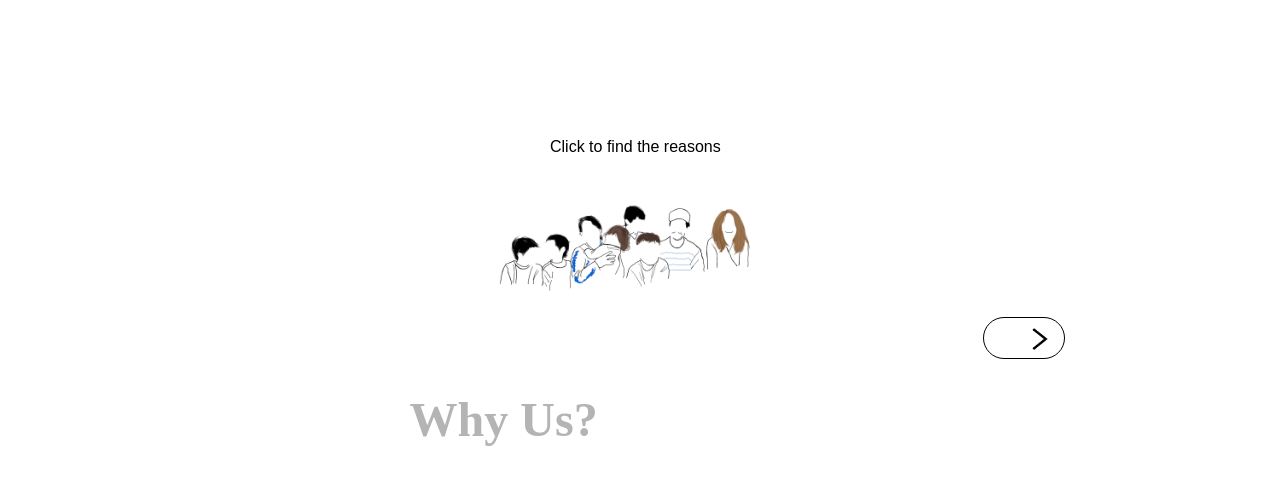
Repository: Lettie123/webpr4
Page: dis.html
An editor plug-in stored every save of this project. The page is shown before and after the next save, followed by the edit.
The browser window is 1280 px wide. The pictures show the whole page.

Above is the page before, as saved 2020-12-03 12:29:55.

### dis.html
<html>
    <head>
        <meta charset="UTF-8">
        <meta name="viewport" content="width=device-width,initial-scale=1" />
        <meta name="viewport" content="width=device-width,initial-scale=1.0,maximum-scale=1.0,user-scalable=no">
        <link rel="stylesheet" type="text/css" href="style07.css">

<body>
    <div id="txt0">
        <div id="t1" style= "position:absolute; top: 0%; left: 0%;">
        <h1 style="font-size:100%; font-weight: normal; line-height: 24px;">
            Click to find the reasons
        </h1>
        </div>
    </div>
        <div id="whyusfm" style="width:20%; position:absolute; top:25%; left:0%;">
        <span>
            <img src="po/28.png" style="width:100% ;" >
        </span>
        </div>
        <div id="whyus">
            <h1 style="position:absolute; top:50%; left:32%;font-size: 48px;color: #b4b4b4; font-weight: bolder; ">
            Why Us?
            </h1>
        </div>

    <div id="chatb" style="display: none;">
        <img src="reason/cbox.png" style="width:100%;height:100%; position:absolute; top:14%; left:0%;">
    </div>
    <div id="begain" onclick="change0()" >
        <img src="pepic/begain.png" style="width:20%; position: absolute; top:23%; left:60%;">
    </div>


    <div id="block" style="display: none;">
    </div>
    <div id="block3">

    </div>

        <div id="ren" style="display: none;">
        <img src="pepic/ren.png" style="width:22% ;position:absolute; top:29%; left:49%;" >
        </div>

        <div id="block2" style="display:none;">
            <div id="txta1" style="position:absolute; top:5%; left:4%; width:260px;">
            <h1 style="font-size:14px; font-style: italic; font-weight:normal; line-height: 20px; ">
                “Europe’s Roma minorities, long victims of discrimination and persecution, are typically the most vulnerable group to statelessness in the region.”
            </h1>
            </div>
        </div>

        <div id="r01" style="display: none;">
        <img src="pepic/R.png" style="width:17% ;position:absolute; top:29%; left:61%;" >
        </div>
        <div id="r02" style="display: none;">
            <img src="pepic/oma.png" style="width:17% ;position:absolute; top:29%; left:62%;" >
        </div>

        <div id="r01b" style="display: none;">
            <img src="pepic/R.png" style="width:17% ;position:absolute; top:29%; left:61%;" >
            </div>
            <div id="r02b" style="display: none;">
                <img src="pepic/oma.png" style="width:17% ;position:absolute; top:29%; left:62%;" >
        </div>


    <div id="TXT">
    <div id="txt1" style="font-size:16px; font-weight: normal; line-height: 24px; position:absolute; top:27%; left:2%; display:none;">
        <h1 style="font-size:16px; font-weight: normal; line-height: 24px; ">
            We are from the Roma community, which is also called Gypsies. All of our family members are stateless.
        </h1>
    </div>
    <div id="txt2" style="font-size:16px; font-weight: normal; line-height: 24px; position:absolute; top:20%; left:2%; display:none;">
        <h1 style="font-size:16px; font-weight: normal; line-height: 24px;">
            There are a lot of reasons for Romanies to be stateless. We cannot go anywhere; we do not have any documents.
        </h1>
    </div>
    <div id="txt3" style="font-size:16px; font-weight: normal; line-height: 24px; position:absolute; top:20%; left:2%; display:none;">
        <h1 style="font-size:16px; font-weight: normal; line-height: 24px;">
            Roma is the largest stateless minority in Macedonian. And we are not the only minority group who remain stateless in the world.
        </h1>
    </div>
    </div>

    <div id="word" style="display: none;">
    <div id="ra">
        <h1 style="font-size:32px; font-weight: normal; line-height: 24px; color: #ffffff;
        position:absolute; top:30%; left:55%">Racism</h1>
    </div>
    <div id="rb">
        <h1 style="font-size:32px; font-weight: normal; line-height: 24px; color: #ffffff;
        position:absolute; top:42%; left:65%">Discrimination</h1>
    </div>
    <div id="rc">
        <h1 style="font-size:32px; font-weight: normal; line-height: 24px; color: #ffffff;
        position:absolute; top:34%; left:80%">War</h1>
    </div>
    <div id="rd">
        <h1 style="font-size:24px; font-weight: normal; line-height: 24px; color: #828181;
        position:absolute; top:42%; left:55%">History</h1>
    </div>
    <div id="re">
        <h1 style="font-size:24px; font-weight: normal; line-height: 24px; color: #828181;
        position:absolute; top:39%; left:75%">State Dissolution</h1>
    </div>
    <div id="rf">
        <h1 style="font-size:24px; font-weight: normal; line-height: 24px; color: #828181;
        position:absolute; top:36%; left:60%">National laws</h1>
    </div>
    <div id="rg">
        <h1 style="font-size:24px; font-weight: normal; line-height: 24px; color: #828181;
        position:absolute; top:29%; left:66%">Lack Document</h1>
    </div>
    <div id="rh">
        <h1 style="font-size:24px; font-weight: normal; line-height: 24px; color: #828181;
        position:absolute; top:26%; left:50%">Language</h1>
    </div>
    <div id="ri">
        <h1 style="font-size:32px; font-weight: normal; line-height: 24px; color: #ffffff;
        position:absolute; top:24%; left:85%">...</h1>
    </div>
    </div>

    <div id="line1" style="display:none;"></div>
    <div id="why" onclick="change1()" style="display: none;">
        <div style="position: absolute; top:23%; left:22%; color:white; width: 260px;">
        Why?
        </div>
        <img src="img/down1.png" style="width:10%; position: absolute; top:38%; left:65%" >
    </div>

    <div id="others" onclick="change3()" style="display:none;">
        <div style="position: absolute; top:23%; left:21%; width:260px; color:white"> Others?</div>
        <img src="img/down1.png" style="width:10%; position: absolute; top:38%; left:65%;">
    </div>

    <style type="text/css">
        span{
        font-size: 30px;
        }
    </style>

    <div id="minority01" style="display:none;" >
        <div id="line02"></div>
        <h1 style="font-size:30px; font-weight:bold; line-height: 35px; color: #2a5ea3; position:absolute; top:34%; left:15%; ">
           Statelessness</br>
           &Minorities
        </h1>
        <h2 style="font-size:16px; font-weight:normal; line-height: 20px; color: #ffffff; position:absolute; top:47%; left:16%; text-align: justify; ">
            Minorities are especially vulnerable to statelessness.
        </h2>
        <h3 style="font-size:16px; font-weight:normal; line-height: 20px; color: #ffffff; position:absolute; top:60%; left:15%; text-align: justify;  ">
            Minorities make up a large portion of the world’s stateless population. This is due in part to indirect discrimination: as marginalized communities, they are especially likely to struggle with lack of resources and limited access to official systems of registration
        </h3>
        <h4 style="font-size:16px; font-weight:normal; line-height: 20px; color: #ffffff; position:absolute; top:13%; left:15%; text-align: justify;  ">
            <span>Minorities are</span> disadvantaged ethnic, national, religious, linguistic or cultural groups who are smaller in number than the rest of the population
        </h4>

    </div>
    <div id="mpeople"  style="display:none;" >
        <img src="pepic/minority.png" style="width:45%;" >
    </div>

    <div id="line1b" style="display: none;"></div>

    <!-- <div id="next"   style="display:none;" onclick="change5()">
        <img src="pepic/next.png" style="width:70%;" >
    </div> -->
    <div id="next"   style="display:none;" onclick="change5()">
        <div style="position: absolute; top:18%; left:30%; width:260px; color:white"> Next?</div>
        <img src="img/down1.png" style="width:6%;position: absolute; top:32%; left:60% " >
    </div>

    <script>
        function change5(){
        window.location.href="st.html";
        }
        function change3(){
        document.getElementById("block2").style.display="none";
        document.getElementById("ren").style.display="none";
        document.getElementById("r01b").style.display="none";
        document.getElementById("others").style.display="none";
        document.getElementById("block").style.WebkitAnimationPlayState = "running";
        document.getElementById("block3").style.WebkitAnimationPlayState = "running";
        document.getElementById("minority01").style.display="block";
        document.getElementById("mpeople").style.display="block";
        document.getElementById("line1b").style.display="block";
        document.getElementById("next").style.display="block";
        }
        function change2(){
        document.getElementById("word").style.display="none";
        document.getElementById("txt2").style.display="none";
        document.getElementById("txt3").style.display="block";
        document.getElementById("line1").style.display="none";
        document.getElementById("r01").style.display="none";
        document.getElementById("r02").style.display="none";
        document.getElementById("r01b").style.display="block";
        document.getElementById("r02b").style.display="block";
        document.getElementById("ren").style.display="block";
        document.getElementById("block2").style.display="block";
        document.getElementById("why").style.display="none";
        document.getElementById("others").style.display="block";
        }
        function change1(){
        document.getElementById("line1").style.display="block";
        document.getElementById("txt1").style.display="none";
        document.getElementById("txt2").style.display="block";
        document.getElementById("r01").style.WebkitAnimationPlayState = "running";
        document.getElementById("r02").style.WebkitAnimationPlayState = "running";
        document.getElementById("word").style.display="block";
        document.getElementById("why").onclick=change2;
        }
        function change0(){
            document.getElementById("whyusfm").style.WebkitAnimationPlayState = "running";
            document.getElementById("block").style.display="block";
            document.getElementById("chatb").style.display="block";
            document.getElementById("whyus").style.display="none";
            document.getElementById("r01").style.display="block";
            document.getElementById("r02").style.display="block";
            document.getElementById("txt1").style.display="block";
            document.getElementById("txt0").style.display="none";
            document.getElementById("why").style.display="block";
        }
    </script>


</body>

### style07.css
body {
	overflow:scroll;
    overflow-y:hidden;
    overflow-x:hidden;
}
#block{
    height: 100%;
    width: 100%;
    background-color: black;
    top:0;
    left:40%;
    right:0;
	bottom:0;
    position: absolute;
}
#block{
    animation:block 1.2s;
    -webkit-animation:block 1.2s;
    animation-iteration-count:1;
    -webkit-animation-iteration-count:1;
    animation-fill-mode: forwards;
    -webkit-animation-fill-mode: forwards;
}
@keyframes block {
    0% {left:100%;}
	to {left:40%;}
}
#why{
	width: 150px;
    height: 40px;
    border-radius: 20px;
    background-color: black;
    border:1px solid black;
    position: absolute;
	left: 19%;
	top: 70%;
	transform: translate(-50%,-50%);
}
#why:hover {
    opacity: 0.3;
}
#why{
    animation:why 2s;
    -webkit-animation:why 2s;
    animation-iteration-count:1;
    -webkit-animation-iteration-count:1;
    animation-fill-mode: forwards;
    -webkit-animation-fill-mode: forwards;
}
@keyframes why {
    0% {top:120%;}
    70% {top:120%;}
	to {top:70%;}
}
#txt1{
    height:150px;
    width:420px;
    text-align: left;
	border-radius: 10px;
	position: absolute;
    font-family: Arial;
    color:black;
}
#txt1{
    animation:txt1 2s;
    -webkit-animation:txt1 2s;
    animation-iteration-count:1;
    -webkit-animation-iteration-count:1;
    animation-fill-mode: forwards;
    -webkit-animation-fill-mode: forwards;
}
@keyframes txt1 {
    0% {top:50%;opacity: 0;}
    70% {top:50%;opacity: 0;}
	to {top:25%;opacity: 1;}
}
#line1{
    height: 3px;
    width: 60%;
    top:38%;
    left:40%;
    right:0;
    bottom:0;
    background-color:#ffffff;
    position: absolute;
}
#line1{
    animation:line1 3s;
    -webkit-animation:line1 3s;
    animation-iteration-count:1;
    -webkit-animation-iteration-count:1;
    animation-fill-mode: forwards;
    -webkit-animation-fill-mode: forwards;
}
@keyframes line1 {
    0% {width: 0%; top:36%;}
    40%{width:60%; top:36%;}
    70% {top:36%; width:60%;}
	to {top:50%; width:60%;}
}
#r01{
    top:0%;
    left:0%;
    right:0;
    bottom:0;
    position: absolute;
}
#r02{
    top:0%;
    left:0%;
    right:0;
    bottom:0;
    position: absolute;
}
#r01b{
    top:0%;
    left:0%;
    right:0;
    bottom:0;
    position: absolute;
}
#r02b{
    top:0%;
    left:0%;
    right:0;
    bottom:0;
    position: absolute;
}
#r01{
    animation:r01 3s;
    -webkit-animation:r01 3s;
    animation-iteration-count:1;
    -webkit-animation-iteration-count:1;
    -webkit-animation-play-state:paused;
    animation-fill-mode: forwards;
    -webkit-animation-fill-mode: forwards;
}
@keyframes r01 {
    0% {top:0%;}
    70% {top:0%;}
	to {top:18%;}
}
#r02{
    animation:r02 3s;
    -webkit-animation:r02 3s;
    animation-iteration-count:1;
    -webkit-animation-iteration-count:1;
    -webkit-animation-play-state:paused;
    animation-fill-mode: forwards;
    -webkit-animation-fill-mode: forwards;
}
@keyframes r02 {
    0% {top:0%;}
    70% {top:0%;}
	to {top:18%;}
}
#txt2{
    height:150px;
    width:420px;
    text-align: left;
	border-radius: 10px;
	position: absolute;
    font-family: Arial;
    color:black;
}
#txt2{
    animation:txt2 1.2s;
    -webkit-animation:txt2 1.2s;
    animation-iteration-count:1;
    -webkit-animation-iteration-count:1;
    animation-fill-mode: forwards;
    -webkit-animation-fill-mode: forwards;
}
@keyframes txt2 {
	0% {top:32%;opacity: 0;}
	to {top:23%;opacity: 1;}
}
#ra{
    animation:ra 3s;
    -webkit-animation:ra 3s;
    animation-iteration-count:1;
    -webkit-animation-iteration-count:1;
    animation-fill-mode: forwards;
    -webkit-animation-fill-mode: forwards;
}
@keyframes ra {
    0% {opacity: 0;}
	70% {opacity: 0;}
	to {opacity: 1;}
}
#rb{
    animation:rb 3s;
    -webkit-animation:rb 3s;
    animation-iteration-count:1;
    -webkit-animation-iteration-count:1;
    animation-fill-mode: forwards;
    -webkit-animation-fill-mode: forwards;
}
@keyframes rb {
    0% {opacity: 0;}
	85% {opacity: 0;}
	to {opacity: 1;}
}
#rc{
    animation:rc 4s;
    -webkit-animation:rc 4s;
    animation-iteration-count:1;
    -webkit-animation-iteration-count:1;
    animation-fill-mode: forwards;
    -webkit-animation-fill-mode: forwards;
}
@keyframes rc {
    0% {opacity: 0;}
	70% {opacity: 0;}
	to {opacity: 1;}
}
#rd{
    animation:rd 4s;
    -webkit-animation:rd 4s;
    animation-iteration-count:1;
    -webkit-animation-iteration-count:1;
    animation-fill-mode: forwards;
    -webkit-animation-fill-mode: forwards;
}
@keyframes rd {
    0% {opacity: 0;}
	85% {opacity: 0;}
	to {opacity: 1;}
}
#re{
    animation:re 5s;
    -webkit-animation:re 5s;
    animation-iteration-count:1;
    -webkit-animation-iteration-count:1;
    animation-fill-mode: forwards;
    -webkit-animation-fill-mode: forwards;
}
@keyframes re {
    0% {opacity: 0;}
	70% {opacity: 0;}
	to {opacity: 1;}
}
#rf{
    animation:rf 5s;
    -webkit-animation:rf 5s;
    animation-iteration-count:1;
    -webkit-animation-iteration-count:1;
    animation-fill-mode: forwards;
    -webkit-animation-fill-mode: forwards;
}
@keyframes rf {
    0% {opacity: 0;}
	85% {opacity: 0;}
	to {opacity: 1;}
}
#rg{
    animation:rg 6s;
    -webkit-animation:rg 6s;
    animation-iteration-count:1;
    -webkit-animation-iteration-count:1;
    animation-fill-mode: forwards;
    -webkit-animation-fill-mode: forwards;
}
@keyframes rg {
    0% {opacity: 0;}
	70% {opacity: 0;}
	to {opacity: 1;}
}
#rh{
    animation:rh 6s;
    -webkit-animation:rh 6s;
    animation-iteration-count:1;
    -webkit-animation-iteration-count:1;
    animation-fill-mode: forwards;
    -webkit-animation-fill-mode: forwards;
}
@keyframes rh {
    0% {opacity: 0;}
	85% {opacity: 0;}
	to {opacity: 1;}
}
#ri{
    animation:ri 6s;
    -webkit-animation:ri 6s;
    animation-iteration-count:1;
    -webkit-animation-iteration-count:1;
    animation-fill-mode: forwards;
    -webkit-animation-fill-mode: forwards;
}
@keyframes ri {
    0% {opacity: 0;}
	85% {opacity: 0;}
	to {opacity: 1;}
}
#txt3{
    height:150px;
    width:420px;
    text-align: left;
	border-radius: 10px;
	position: absolute;
    font-family: Arial;
    color:black;
}
#txt3{
    animation:txt3 1.2s;
    -webkit-animation:txt3 1.2s;
    animation-iteration-count:1;
    -webkit-animation-iteration-count:1;
    animation-fill-mode: forwards;
    -webkit-animation-fill-mode: forwards;
}
@keyframes txt3 {
	0% {top:32%;opacity: 0;}
	to {top:22%;opacity: 1;}
}
#r01b{
    animation:r01b 3s;
    -webkit-animation:r01b 3s;
    animation-iteration-count:1;
    -webkit-animation-iteration-count:1;
    animation-fill-mode: forwards;
    -webkit-animation-fill-mode: forwards;
}
@keyframes r01b {
    0% {top:18%;}
    50% {top:0%;}
	to {top:0%;}
}
#r02b{
    animation:r02b 3s;
    -webkit-animation:r02b 3s;
    animation-iteration-count:1;
    -webkit-animation-iteration-count:1;
    animation-fill-mode: forwards;
    -webkit-animation-fill-mode: forwards;
}
@keyframes r02b {
    0% {top:18%; opacity: 1;}
    50% {top:0%;opacity: 1;}
	to {top:0%;opacity: 0;}
}
#ren{
    animation:ren 3s;
    -webkit-animation:ren 3s;
    animation-iteration-count:1;
    -webkit-animation-iteration-count:1;
    animation-fill-mode: forwards;
    -webkit-animation-fill-mode: forwards;
}
@keyframes ren {
    0% {opacity: 0;}
    70% {opacity: 0;}
	to {opacity: 0.7;}
}
#block2{
	text-align: justify;
	background-color:rgba(255, 255, 255, 0.1);
	width: 290px;
    height: 120px;
	position: absolute;
	left: 82%;
    top: 46%;
    font-family: Arial;
    color:white;
	transform: translate(-50%,-50%);
}
#block2{
    animation:block2 4s;
    -webkit-animation:block2 4s;
    animation-iteration-count:1;
    -webkit-animation-iteration-count:1;
    animation-fill-mode: forwards;
    -webkit-animation-fill-mode: forwards;
}
@keyframes block2 {
    0% {left:90%;opacity: 0;}
    80% {left:90%;opacity: 0;}
	to {left:83%;opacity: 1;}
}
#others{
	width: 150px;
    height: 40px;
    border-radius: 20px;
    background-color: black;
    position: absolute;
	left: 19%;
	top: 70%;
	transform: translate(-50%,-50%);
}
#others:hover {
    opacity: 0.3;
}
#block3{
    height: 100%;
    width: 30%;
    background-color: #131313;
    top:0;
    left:100%;
    right:0;
	bottom:0;
    position: absolute;
}
#block3{
    animation:block3 1.2s;
    -webkit-animation:block3 1.2s;
    -webkit-animation-play-state:paused;
    animation-iteration-count:1;
    -webkit-animation-iteration-count:1;
    animation-fill-mode: forwards;
    -webkit-animation-fill-mode: forwards;
}
@keyframes block3 {
    0% {left:100%;}
	to {left:70%;}
}
#line02{
    height: 140px;
    width: 3px;
    top:35%;
    left:13%;
    right:0;
    bottom:0;
    background-color:#2a5ea3;
    position: absolute;
}
#minority01{
    animation:minority01 4s;
    -webkit-animation:minority01 4s;
    animation-iteration-count:1;
    -webkit-animation-iteration-count:1;
    animation-fill-mode: forwards;
    -webkit-animation-fill-mode: forwards;
}
@keyframes minority01 {
    0% {top:140%;}
    50% {top:140%;}
	to {top:45%;}
}
#minority01{
	width: 25%;
    height: 90%;
    position: absolute;
	left: 83%;
	top: 50%;
	transform: translate(-50%,-50%);
}
#mpeople{
	width: 100%;
    position: absolute;
	left: 60%;
	top: 48%;
	transform: translate(-50%,-50%);
}
#line1b{
    height: 3px;
    width: 23%;
    top:17%;
    left:50%;
    right:0;
    bottom:0;
    background-color:#2a5ea3;
    position: absolute;
}
#line1b{
    animation:line1b 4s;
    -webkit-animation:line1b 4s;
    animation-iteration-count:1;
    -webkit-animation-iteration-count:1;
    animation-fill-mode: forwards;
    -webkit-animation-fill-mode: forwards;
}
@keyframes line1b {
    0% {width: 0%;}
    80% {width: 0%;}
	to {width: 23%;}
}
#mpeople{
    animation:mpeople 3s;
    -webkit-animation:mpeople 3s;
    animation-iteration-count:1;
    -webkit-animation-iteration-count:1;
    animation-fill-mode: forwards;
    -webkit-animation-fill-mode: forwards;
}
@keyframes mpeople {
    0% {opacity: 0;}
    30% {opacity: 0;}
	to {opacity:1;}
}
#next{
    width: 20%;
    height: 5%;
    border-radius: 20px;
    border:1px solid white;
    position: absolute;
	left: 85%;
	top: 70%;
	transform: translate(-50%,-50%);
}
#next:hover {
    opacity: 0.3;
}
#next{
    animation:next 4s;
    -webkit-animation:next 4s;
    animation-iteration-count:1;
    -webkit-animation-iteration-count:1;
    animation-fill-mode: forwards;
    -webkit-animation-fill-mode: forwards;
}
@keyframes next {
    0% {top:120%;}
    70% {top:120%;}
	to {top:90%;}
}
#chatb{
    width: 430px;
    height: 120px;
    position: absolute;
	left: 20%;
	top: 20%;
	transform: translate(-50%,-50%);
}
#TXT{
	width: 430px;
    height: 120px;
    position: absolute;
	left: 20%;
	top: 20%;
	transform: translate(-50%,-50%);
}
#whyusfm{
    animation:whyusfm 1.2s;
    -webkit-animation:whyusfm 1.2s;
    -webkit-animation-play-state:paused;
    animation-iteration-count:1;
    -webkit-animation-iteration-count:1;
    animation-fill-mode: forwards;
    -webkit-animation-fill-mode: forwards;
}
@keyframes whyusfm {
    0% {left:39%;}
	to {left:9%;}
}
#begain{
	width: 80px;
    height: 40px;
    border:1px solid black;
    border-radius: 30px;
    position: absolute;
	left: 80%;
	top: 47%;
	transform: translate(-50%,-50%);
}
  #begain:hover {
  opacity: 0.3;
}
#txt0{
    height:40px;
    width:180px;
    left:50%;
    top:20%;
    text-align: center;
	position: absolute;
    font-family: Arial;
    color:black;
    transform: translate(-50%,-50%);
}
#r01{
    animation:r01  2s;
    -webkit-animation:r01  2s;
    animation-iteration-count:1;
    -webkit-animation-iteration-count:1;
    animation-fill-mode: forwards;
    -webkit-animation-fill-mode: forwards;
}
@keyframes r01 {
    0% {opacity: 0;}
    50% {opacity: 0;}
	to {opacity: 1;}
}
#r02{
    animation:r02  2s;
    -webkit-animation:r02  2s;
    animation-iteration-count:1;
    -webkit-animation-iteration-count:1;
    animation-fill-mode: forwards;
    -webkit-animation-fill-mode: forwards;
}
@keyframes r02 {
    0% {opacity: 0;}
    50% {opacity: 0;}
	to {opacity: 1;}
}
#chatb{
    animation:chatb 2s;
    -webkit-animation:chatb 2s;
    animation-iteration-count:1;
    -webkit-animation-iteration-count:1;
    animation-fill-mode: forwards;
    -webkit-animation-fill-mode: forwards;
}
@keyframes chatb {
    0% {opacity: 0;}
    50% {opacity: 0;}
	to {opacity:1;}
}

After the next save:
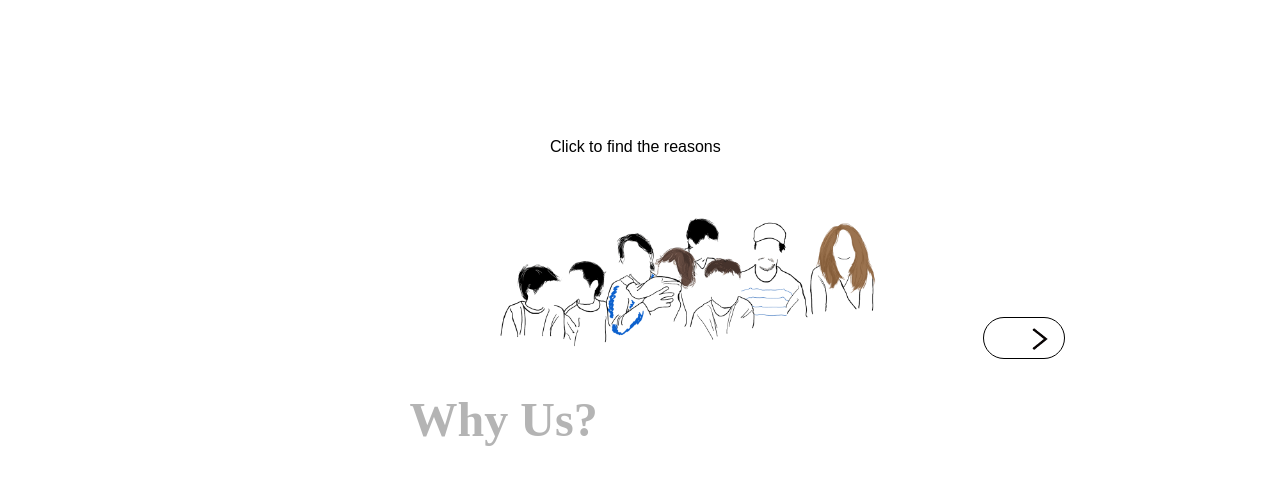
Saved 11 s later.
--- a/dis.html
+++ b/dis.html
@@ -13,7 +13,7 @@
         </h1>
         </div>
     </div>
-        <div id="whyusfm" style="width:20%; position:absolute; top:25%; left:0%;">
+        <div id="whyusfm" style="width:30%; position:absolute; top:25%; left:0%;">
         <span>
             <img src="po/28.png" style="width:100% ;" >
         </span>
